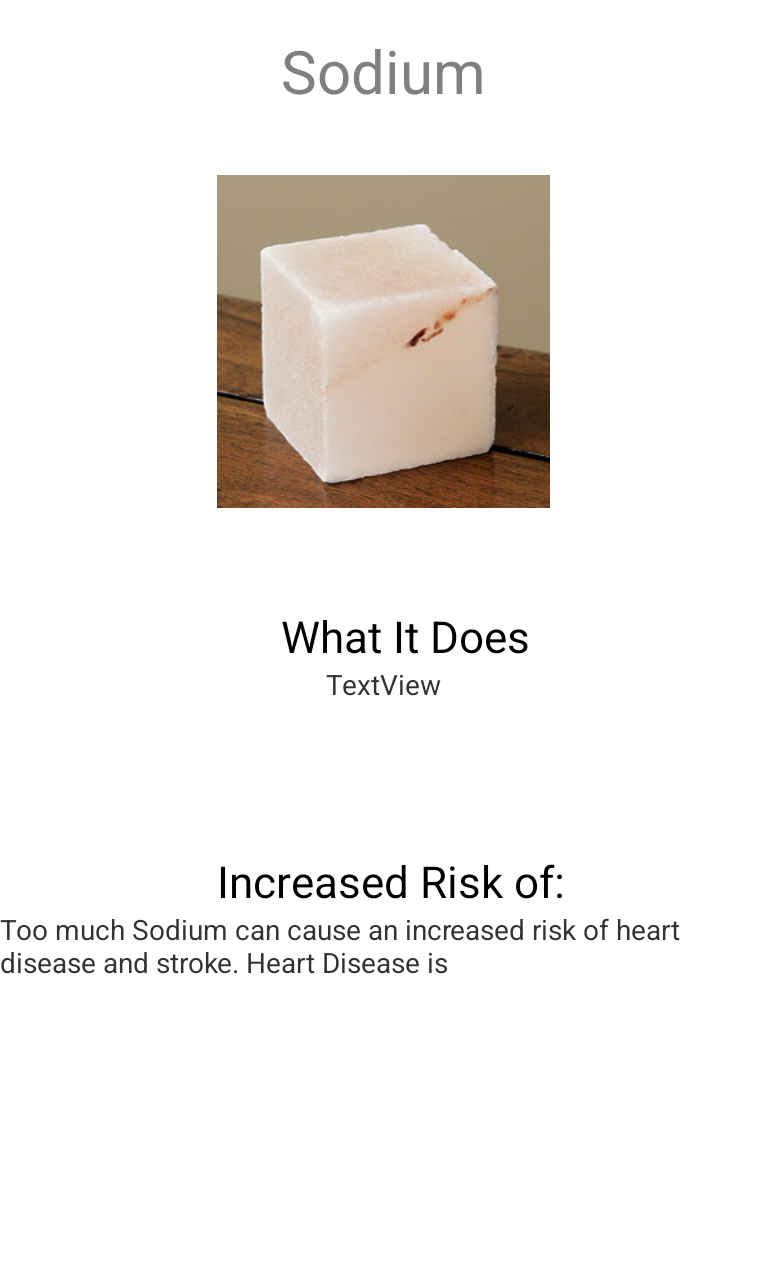
Repository: sehmon/workspace-eclipse
Layout: WhatAmIEating/res/layout/activity_detail.xml
An editor plug-in stored every save of this project. The layout is shown before and after the next save, followed by the edit.
It is drawn on a 768 x 1280 px phone screen (xhdpi) without system bars, with theme android:Theme.Holo.Light.NoActionBar.Fullscreen; the app's code is not run.

Above is the layout before, as saved 2014-04-13 16:11:57.

### WhatAmIEating/res/layout/activity_detail.xml
<RelativeLayout xmlns:android="http://schemas.android.com/apk/res/android"
    xmlns:tools="http://schemas.android.com/tools"
    android:id="@+id/container"
    android:layout_width="match_parent"
    android:layout_height="match_parent"
    android:orientation="vertical" >

    <TextView
        android:id="@+id/textView2"
        android:layout_width="wrap_content"
        android:layout_height="wrap_content"
        android:layout_alignParentTop="true"
        android:layout_centerHorizontal="true"
        android:layout_marginTop="15dp"
        android:text="Sodium"
        android:textAppearance="?android:attr/textAppearanceLarge"
        android:textColor="#808080"
        android:textSize="30dp" />

    <ImageView
        android:id="@+id/imageView1"
        android:layout_width="wrap_content"
        android:layout_height="wrap_content"
        android:layout_below="@+id/textView2"
        android:layout_centerHorizontal="true"
        android:layout_marginTop="32dp"
        android:src="@drawable/salt" />

    <TextView
        android:id="@+id/textView4"
        android:layout_width="wrap_content"
        android:layout_height="wrap_content"
        android:layout_alignLeft="@+id/imageView1"
        android:layout_below="@+id/textView3"
        android:layout_marginTop="74dp"
        android:text="Increased Risk of:"
        android:textAppearance="?android:attr/textAppearanceLarge" />

    <TextView
        android:id="@+id/textView5"
        android:layout_width="wrap_content"
        android:layout_height="wrap_content"
        android:layout_alignParentLeft="true"
        android:layout_below="@+id/textView4"
        android:text="Too much Sodium can cause an increased risk of heart disease and stroke. Heart Disease is" />

    <TextView
        android:id="@+id/textView1"
        android:layout_width="wrap_content"
        android:layout_height="wrap_content"
        android:layout_alignLeft="@+id/textView2"
        android:layout_below="@+id/imageView1"
        android:layout_marginTop="49dp"
        android:text="What It Does"
        android:textAppearance="?android:attr/textAppearanceLarge" />

    <TextView
        android:id="@+id/textView3"
        android:layout_width="wrap_content"
        android:layout_height="wrap_content"
        android:layout_below="@+id/textView1"
        android:layout_centerHorizontal="true"
        android:text="TextView" />

</RelativeLayout>

After the next save:
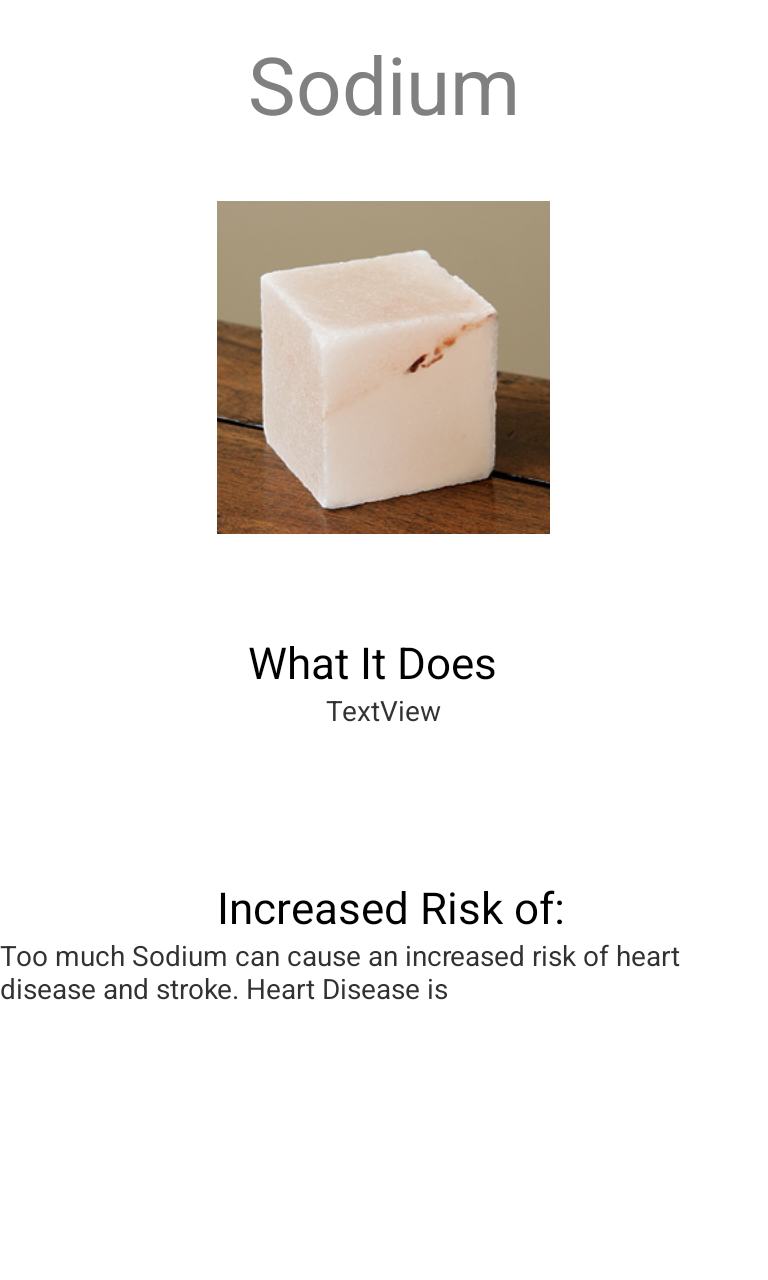
Saved 11 s later.
--- a/WhatAmIEating/res/layout/activity_detail.xml
+++ b/WhatAmIEating/res/layout/activity_detail.xml
@@ -15,7 +15,7 @@
         android:text="Sodium"
         android:textAppearance="?android:attr/textAppearanceLarge"
         android:textColor="#808080"
-        android:textSize="30dp" />
+        android:textSize="40dp" />
 
     <ImageView
         android:id="@+id/imageView1"
